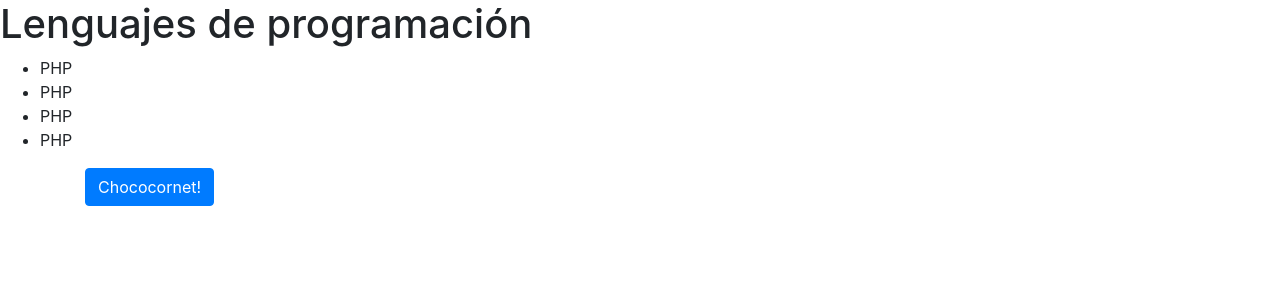
Repository: gitmadacode/practica_javascript
Page: Inicio/index.html
The author's editor kept a copy of each file at every save. The page is drawn from the files as they stood at one save, then again after the next save.
The browser window is 1280 px wide. The pictures show the whole page.

Above is the page before, as saved 2019-09-08 20:35:05.

### Inicio/index.html
<!DOCTYPE html>
<html lang="en">
    <script type ="text/javascript" src="js/arrays.js"></script>  <!---para llamar al archivo JS-->
    <link href="node_modules/sweetalert2/dist/sweetalert2.css" rel="stylesheet"/>
    <link rel="stylesheet" href="https://stackpath.bootstrapcdn.com/bootstrap/4.3.1/css/bootstrap.min.css" integrity="sha384-ggOyR0iXCbMQv3Xipma34MD+dH/1fQ784/j6cY/iJTQUOhcWr7x9JvoRxT2MZw1T" crossorigin="anonymous">
    <script src="https://code.jquery.com/jquery-3.3.1.slim.min.js" integrity="sha384-q8i/X+965DzO0rT7abK41JStQIAqVgRVzpbzo5smXKp4YfRvH+8abtTE1Pi6jizo" crossorigin="anonymous"></script>
<script src="https://cdnjs.cloudflare.com/ajax/libs/popper.js/1.14.7/umd/popper.min.js" integrity="sha384-UO2eT0CpHqdSJQ6hJty5KVphtPhzWj9WO1clHTMGa3JDZwrnQq4sF86dIHNDz0W1" crossorigin="anonymous"></script>
<script src="https://stackpath.bootstrapcdn.com/bootstrap/4.3.1/js/bootstrap.min.js" integrity="sha384-JjSmVgyd0p3pXB1rRibZUAYoIIy6OrQ6VrjIEaFf/nJGzIxFDsf4x0xIM+B07jRM" crossorigin="anonymous"></script>
<head>
    <meta charset="UTF-8">
    <meta name="viewport" content="width=device-width, initial-scale=1.0">
    <meta http-equiv="X-UA-Compatible" content="ie=edge">
    <title>Documento</title>
</head>
<body>
    <div class="container">

        <button onclick="prueba()" type="button" class="btn btn-primary">Chococornet!</button>
    </div>

    <script src="node_modules/sweetalert2/dist/sweetalert2.all.min.js"></script>

   </body>
</html>

### Inicio/js/arrays.js

//Arrays, arreglos, matrices

var nombre = "sebastian"
var nombres = ["sebastian","victor","pedro","juan",52,true];

var lenguajes = new Array("PHP","JS","GO","JAVA");

/*
var elemento = parseInt(prompt("Que elemento del array quieres?",0));
if (elemento >=nombres.length) {

    alert("Introduce el numero correcto menor que " + nombres.length);
} else {
    alert("El usuario  seleccionado es "+nombres[elemento]);
}*/

document.write("<h1>Lenguajes de programación</h1>");
document.write("<ul>");
for (var i = 0 ; i<lenguajes.length ; i++ ) {
    document.write("<li>"+lenguajes[0]+"</li>");
}
document.write("</ul>");

Loaded but not shown: Inicio/node_modules/sweetalert2/dist/sweetalert2.css (library); Inicio/node_modules/sweetalert2/dist/sweetalert2.all.min.js (library)

After the next save:
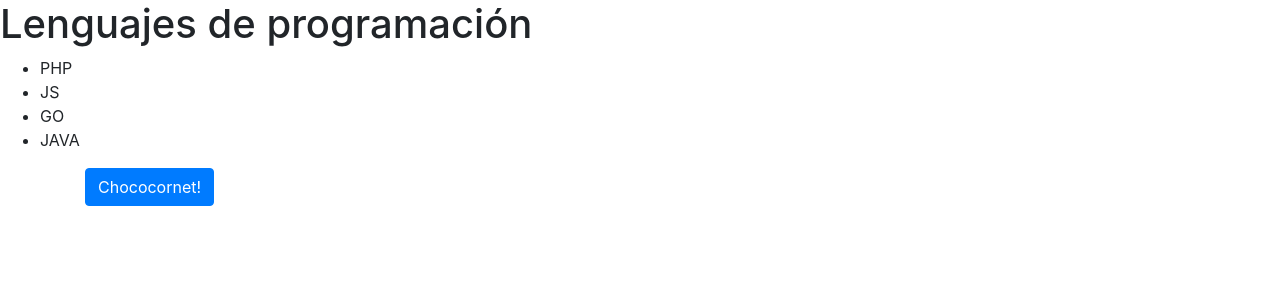
Saved 17 s later.
--- a/Inicio/js/arrays.js
+++ b/Inicio/js/arrays.js
@@ -18,6 +18,6 @@ if (elemento >=nombres.length) {
 document.write("<h1>Lenguajes de programación</h1>");
 document.write("<ul>");
 for (var i = 0 ; i<lenguajes.length ; i++ ) {
-    document.write("<li>"+lenguajes[0]+"</li>");
+    document.write("<li>"+lenguajes[i]+"</li>");
 }
 document.write("</ul>");
